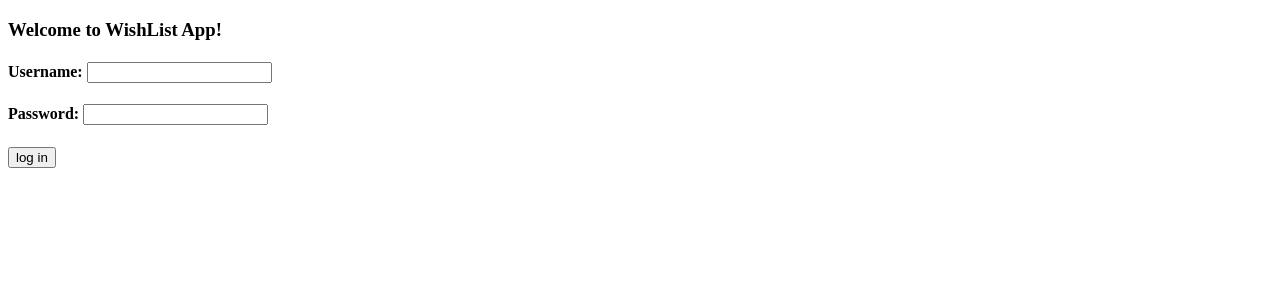
Repository: lomcaitlin/cst438_s21_proj02_groupb
Page: http://localhost/wishlistApp/login/
These files come from the project's save history. The page is drawn as it stood at one moment and after a run of saves; the edit follows.
The browser window is 1280 px wide. The pictures show the whole page.
The page is served by the project's application, run on Django 3.2 (manage.py). Other server files are loaded and not shown.

Above is the page before, as saved 2021-03-07 23:22:34.

### wishlistApp/templates/wishlistApp/login.html
<!DOCTYPE html>
<html>
<head>
  <meta charset="utf-8">
  <meta name="viewport" content="width=device-width">
  <title>login</title>
</head>
<body>
<h3>Welcome to WishList App!</h3>


<form action="login" method= "post">
<h4>Username:
<input type="text" name="username"></h4>

<h4>Password:  <input type="password" name="password"></h4>
<button>log in</button>
</form>

</body>
</html>

### wishlist/urls.py
"""wishlist URL Configuration

The `urlpatterns` list routes URLs to views. For more information please see:
    https://docs.djangoproject.com/en/3.1/topics/http/urls/
Examples:
Function views
    1. Add an import:  from my_app import views
    2. Add a URL to urlpatterns:  path('', views.home, name='home')
Class-based views
    1. Add an import:  from other_app.views import Home
    2. Add a URL to urlpatterns:  path('', Home.as_view(), name='home')
Including another URLconf
    1. Import the include() function: from django.urls import include, path
    2. Add a URL to urlpatterns:  path('blog/', include('blog.urls'))
"""
from django.contrib import admin
from django.urls import include, path



urlpatterns = [
	path('wishlistApp/', include('wishlistApp.urls')),
    path('admin/', admin.site.urls),
]

### wishlistApp/urls.py
from django.urls import path

from django.contrib.auth import views as auth_views
from django.urls import path, include
from . import views as user_views


urlpatterns = [
    path('', user_views.index, name='index'),
    path('login/', auth_views.LoginView.as_view(template_name='wishlistApp/login.html'), name='login'),
    path('logout/', auth_views.LogoutView.as_view(template_name='wishlistApp/logout.html'), name='logout'),

]

After the next 3 saves:
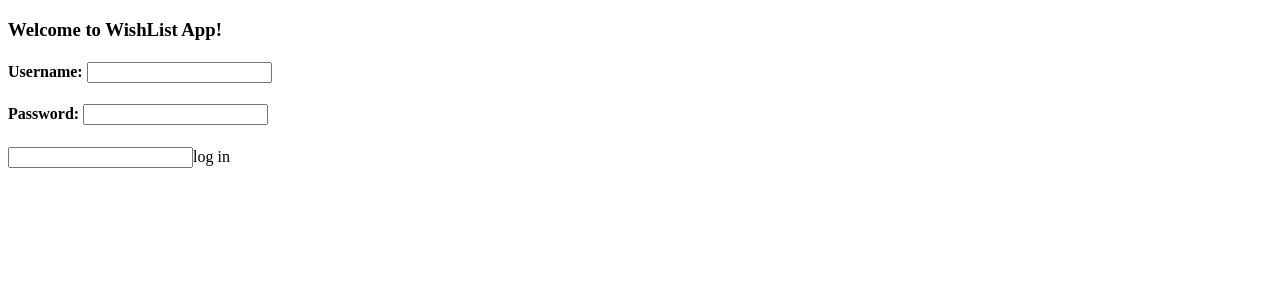
The 3 saves are shown as one change because they came seconds apart.
The last was saved 43 s later.
--- a/wishlistApp/templates/wishlistApp/login.html
+++ b/wishlistApp/templates/wishlistApp/login.html
@@ -14,7 +14,7 @@
 <input type="text" name="username"></h4>
 
 <h4>Password:  <input type="password" name="password"></h4>
-<button>log in</button>
+<input type':>log in</input>
 </form>
 
 </body>
